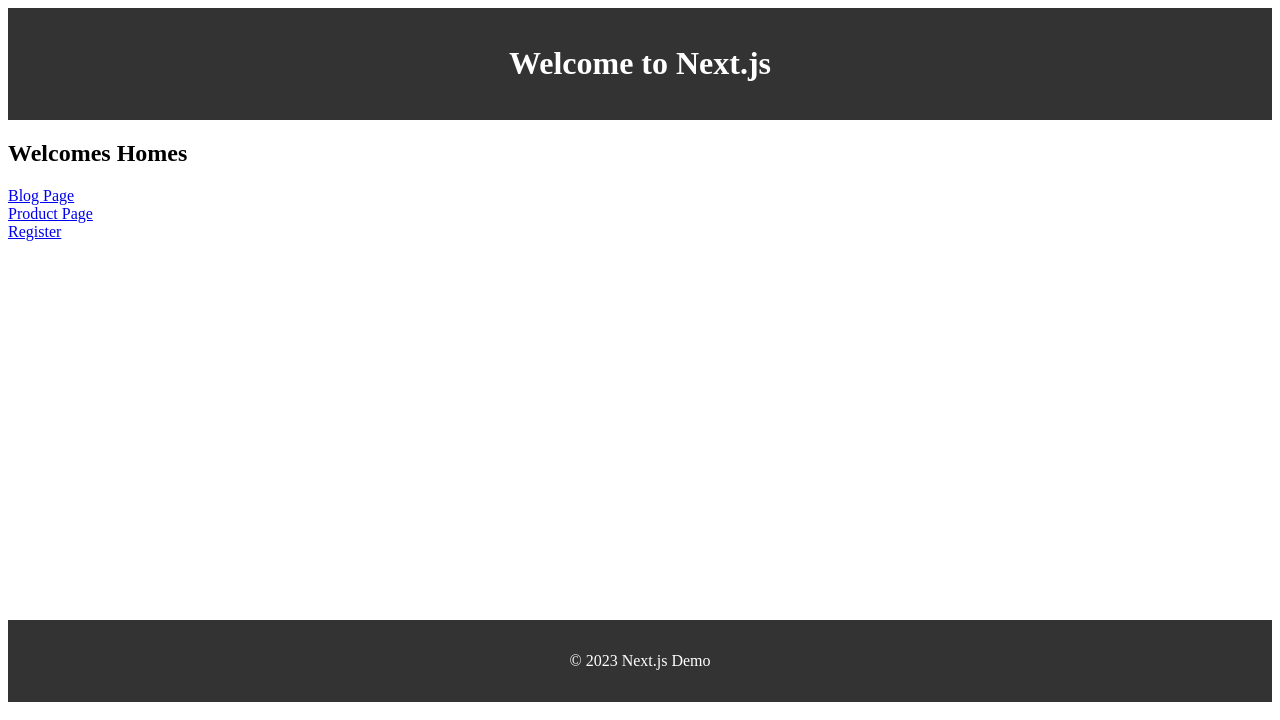
Repository: JasonMorta/NextJs-13_Basics
Page: / (app in NEXTJS15/next13-demo/)
These files come from the project's save history. The page is drawn as it stood at one moment and after the next save; the edit follows.
The browser window is 1280 px wide. The pictures show the whole page.
The project was rebuilt for these pictures with package versions that can differ from the ones it lists, and the page was loaded fresh each time. The framework's server and built-in components were replaced by stand-ins that run in the browser. Also part of the build but not shown: NEXTJS15/next13-demo/next.config.ts.

Above is the page before, as saved 2025-02-28 14:09:44.

### NEXTJS15/next13-demo/src/app/layout.tsx
export const metadata = {
  title: "Next.js",
  description: "Generated by Next.js",
};

export default function AuthLayout({children,}: {children: React.ReactNode}) {
  return (
    <html lang="en">
      <body>
        <header style={{ backgroundColor: '#333', color: '#fff', padding: '1rem', textAlign: 'center' }}>
          <h1>Welcome to Next.js</h1>
        </header>

        <main style={{
          minHeight: 'calc(80vh - 6rem)',
        }}>{children}</main>

        <footer style={{ backgroundColor: '#333', color: '#fff', padding: '1rem', textAlign: 'center', marginTop: 'auto' }}>
          <p>&copy; 2023 Next.js Demo</p>
        </footer>
      </body>
    </html>
  );
}

### NEXTJS15/next13-demo/src/app/page.tsx
import Link from 'next/link'
import React from 'react'

export default function page() {
  return (
    <section>
      <h1>Welcomes Homes</h1>
      <Link href="/blog">Blog Page</Link><br />
      <Link href="/products">Product Page</Link><br />
      <Link href="/register">Register</Link>
    </section>
  )
}

After the next save:
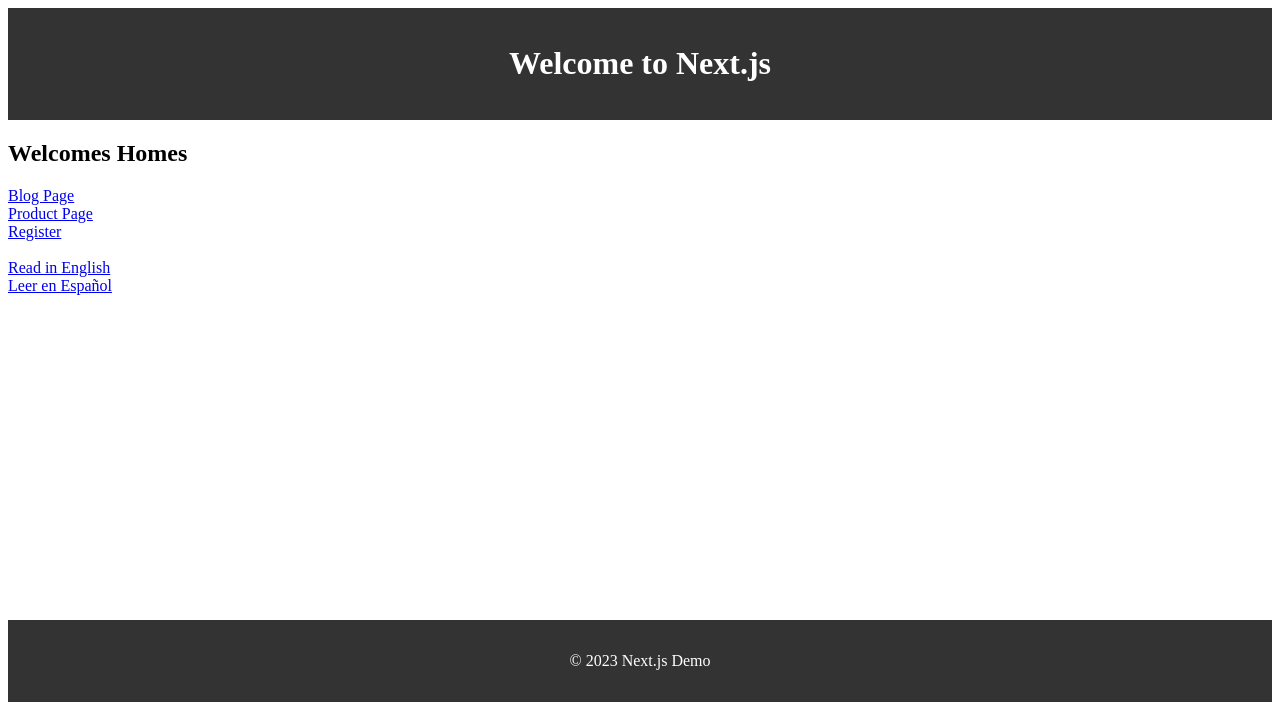
Saved 2 days later.
--- a/NEXTJS15/next13-demo/src/app/page.tsx
+++ b/NEXTJS15/next13-demo/src/app/page.tsx
@@ -8,6 +8,12 @@
       <Link href="/blog">Blog Page</Link><br />
       <Link href="/products">Product Page</Link><br />
       <Link href="/register">Register</Link>
+      <br />
+      <br />
+
+      <Link href="/articles/breaking-news-123?lang=en">Read in English</Link>
+      <br />
+      <Link href="/articles/breaking-news-123?lang=es">Leer en Español</Link>
     </section>
   )
 }
